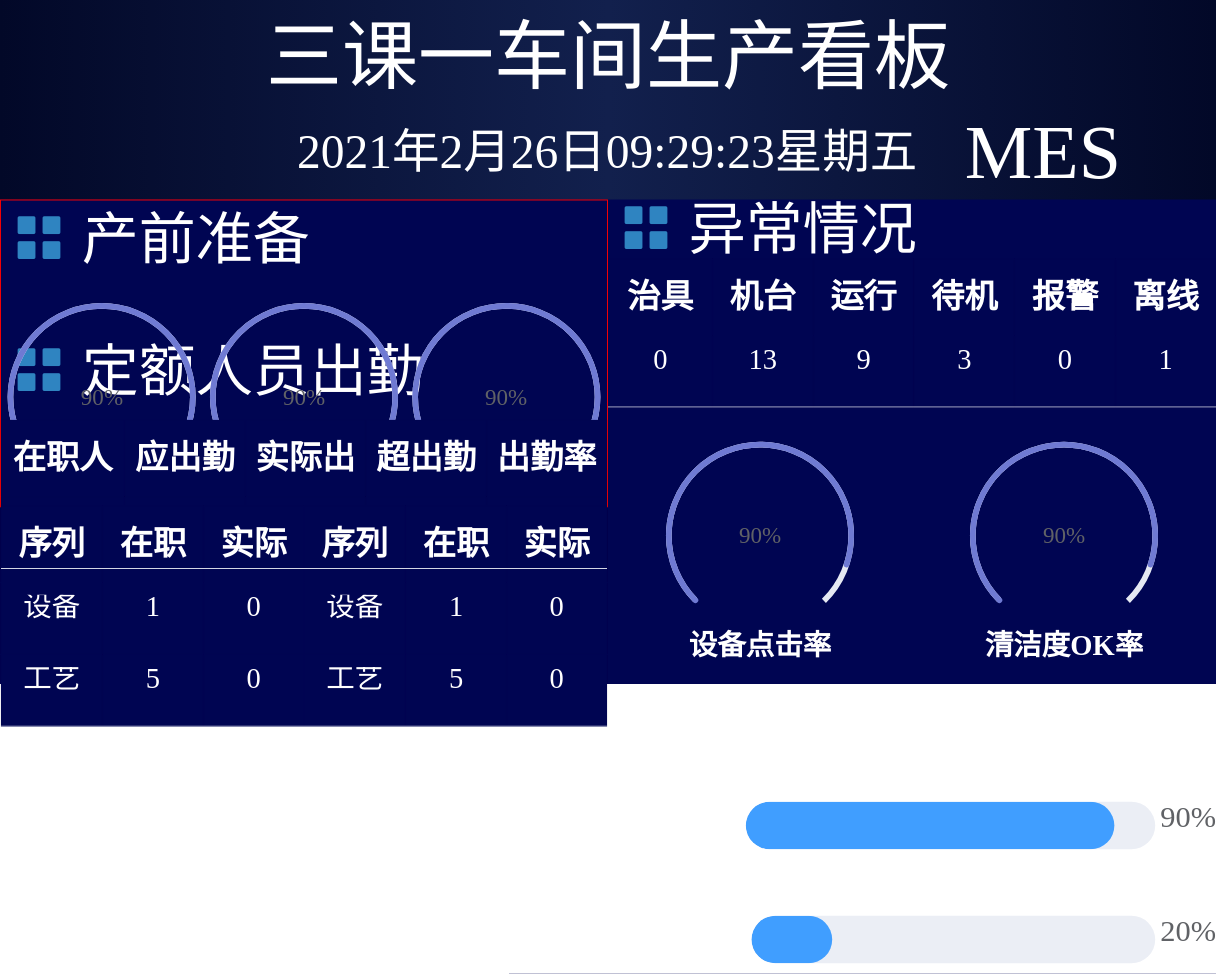
Repository: Bimbaloo/pv-view
Page: a.html
An editor plug-in stored every save of this project. The page is shown before and after the next save, followed by the edit.
The browser window is 1280 px wide. The pictures show the whole page, at 95% of full size.

Above is the page before, as saved 2021-05-14 14:21:06.

### a.html
<!DOCTYPE html>
<html lang="en">

<head>
  <meta charset="UTF-8">
  <meta http-equiv="X-UA-Compatible" content="IE=edge">
  <meta name="viewport" content="width=device-width, initial-scale=1.0">
  <!-- <script crossorigin="anonymous"
    integrity="sha512-cO/G0T0drTsOW6uuK119iEWlPqYRxK1bNYWK80HmJbfiEwwc3L6a8p7Oj0EUWxz7wcCq4tgGwLxqCif0Y7kKMg=="
    src="https://lib.baomitu.com/echarts/5.1.0/echarts.common.js"></script> -->
  <script src="echarts.common.js"></script>
  <script src="vue.js"></script>
  <script src="element-ui/index.js"></script>
  <link rel="stylesheet" href="element-ui/theme-chalk/index.css">
  <link rel="stylesheet" href="reset.css">
  <link rel="stylesheet" href="base.css">
  <title>车间看板</title>
</head>

<body>
  <div id="app">
    <!-- 抬头 -->
    <div class="title-box">
      <div class="title">三课一车间生产看板</div>
      <div class="message" style="display: flex;">
        <div class="time">2021年2月26日09:29:23星期五</div>
        <div class="name">MES</div>
      </div>

    </div>
    <!-- 生产 -->
    <div class="Production">
      <div class="ready">
        <div class="designation">
          <i class="el-icon-menu"></i>
          <span>产前准备</span>
        </div>
        <div class="progress-boxs">
          <div class="progress-box">
            <el-progress type="dashboard" :percentage="percentage" :color="colors" :width='width'></el-progress>
            <span>设备点击率</span>
          </div>

          <div class="progress-box">
            <el-progress type="dashboard" :percentage="percentage" :color="colors" :width='width'></el-progress>
            <span>清洁度OK率</span>
          </div>
          <div class="progress-box">
            <el-progress type="dashboard" :percentage="percentage" :color="colors" :width='width'></el-progress>
            <span>物料齐率</span>
          </div>
        </div>


      </div>
      <!-- 出勤 -->
      <div class="chuqing">
        <div class="designation">
          <i class="el-icon-menu"></i>
          <span>定额人员出勤</span>
        </div>
        <div class="table-message">
          <el-table ref="table" :data="tableData.data" style="width: 100%;margin-top: 20px;">
            <el-table-column v-for="col in columns" :key="col.prop" :label="col.label" :prop="col.prop"
              :class-name="col.class" align='center'>
            </el-table-column>
          </el-table>
        </div>

      </div>
      <!-- 非定额出勤 -->
      <div class="feichuqing">
        <div class="designation">
          <i class="el-icon-menu"></i>
          <span>非定额人员出勤</span>
        </div>
        <div class="table-message" style="display: flex;">
          <el-table ref="table2" :data="tableData.data2" style="width: 45%;margin-top: 20px;">
            <el-table-column v-for="col in columns2" :key="col.prop" :label="col.label" :prop="col.prop"
              :class-name="col.class" align='center'>
            </el-table-column>
          </el-table>
          <el-table ref="table2" :data="tableData.data2" style="width: 45%;margin-top: 20px;">
            <el-table-column v-for="col in columns2" :key="col.prop" :label="col.label" :prop="col.prop"
              :class-name="col.class" align='center'>
            </el-table-column>
          </el-table>
        </div>
      </div>
    </div>
    <!-- 异常 -->
    <div class="abnormal">
      <div class="designation">
        <i class="el-icon-menu"></i>
        <span>异常情况</span>
      </div>
      <div class="table-message">
        <el-table ref="table4" :data="tableData.data4" style="width: 100%">
          <el-table-column v-for="col in columns4" :key="col.prop" :label="col.label" :prop="col.prop"
            :class-name="col.class" align='center'>
          </el-table-column>
        </el-table>
      </div>
      <div class="progress-boxs">
        <div class="progress-box">
          <el-progress type="dashboard" :percentage="percentage" :color="colors" :width='width'></el-progress>
          <span>设备点击率</span>
        </div>

        <div class="progress-box">
          <el-progress type="dashboard" :percentage="percentage" :color="colors" :width='width'></el-progress>
          <span>清洁度OK率</span>
        </div>
      </div>
      <div class="progress-boxs2">
        <div class="progress-box2">
          <div class="progress-message">
            治具损坏率
          </div>
          <el-progress :stroke-width="50" :percentage="90"></el-progress>
        </div>
        <div class="progress-box2">
          <div class="progress-message">
            OQC批退率
          </div>
          <el-progress :stroke-width="50" :percentage="20"></el-progress>
        </div>
      </div>

    </div>
    <!-- 进度 -->
    <div class="progress">
      <div id="container" style="height: 100%"></div>
    </div>

  </div>
  <script>
    var Main = new Vue({
      el: '#app',
      name: app,
      data: {
        tableData: {
          columns: [{
              label: '在职人员',
              prop: 'printer',
              align: 'center',
              showHead: true
            },
            {
              label: '应出勤',
              prop: 'tasksNum',
              align: 'center',
              showHead: true
            },
            {
              label: '实际出勤',
              prop: 'status',
              align: 'center',
              showHead: true
            },
            {
              label: '超出勤',
              prop: 'lastTime',
              align: 'center',
              showHead: true
            },
            {
              label: '出勤率',
              prop: 'equipment',
              align: 'center',
              class: 'red',
              showHead: true
            }
          ],
          data: [{
            tasksNum: '1',
            printer: '0',
            status: '0',
            lastTime: '0',
            equipment: 0
          }],
          columns2: [{
            label: '序列',
            prop: 'order',
            align: 'center',
          }, {
            label: '在职人数',
            prop: 'num',
            align: 'center',
          }, {
            label: '实际出勤',
            prop: 'realistic',
            align: 'center',
          }],
          data2: [{
            order: '设备',
            num: '1',
            realistic: '0'
          }, {
            order: '工艺',
            num: '5',
            realistic: '0'
          }, ],
          data3: [{
              order: '品质',
              num: '0',
              realistic: '0'
            },
            {
              order: '制造',
              num: '6',
              realistic: '0'
            }
          ],
          columns4: [{
            label: '治具总数',
            prop: 'order',
            align: 'center',
          }, {
            label: '机台总数',
            prop: 'num',
            align: 'center',
          }, {
            label: '运行',
            prop: 'run',
            align: 'center',
          }, {
            label: '待机',
            prop: 'Standby',
            align: 'center',
          }, {
            label: '报警',
            prop: 'alarm',
            align: 'center',
          }, {
            label: '离线',
            prop: 'offline',
            align: 'center',
          }],
          data4: [{
            order: '0',
            num: '13',
            run: '9',
            Standby: '3',
            alarm: '0',
            offline: '1'
          }],
          height: 100,
        },
        colors: [{
            color: '#f56c6c',
            percentage: 20
          },
          {
            color: '#e6a23c',
            percentage: 40
          },
          {
            color: '#5cb87a',
            percentage: 60
          },
          {
            color: '#1989fa',
            percentage: 80
          },
          {
            color: '#6f7ad3',
            percentage: 100
          }
        ],
        percentage: 90,
        width: 200
      },
      computed: {
        columns() {
          return this.tableData.columns.filter((item) => {
            return item.showHead
          })
        },
        columns2() {
          return this.tableData.columns2
        },
        columns4() {
          return this.tableData.columns4
        },
        items() {
          return this.tableData.columns.filter((item) => {
            return !item.showHead
          })
        }
      },
      methods: {

      }
    })
  </script>
</body>

</html>

### reset.css
/**
 * Eric Meyer's Reset CSS v2.0 (http://meyerweb.com/eric/tools/css/reset/)
 * http://cssreset.com
 */

html,
body,
div,
span,
applet,
object,
iframe,
h1,
h2,
h3,
h4,
h5,
h6,
p,
blockquote,
pre,
a,
abbr,
acronym,
address,
big,
cite,
code,
del,
dfn,
em,
img,
ins,
kbd,
q,
s,
samp,
small,
strike,
strong,
sub,
sup,
tt,
var,
b,
u,
i,
center,
dl,
dt,
dd,
ol,
ul,
li,
fieldset,
form,
label,
legend,
table,
caption,
tbody,
tfoot,
thead,
tr,
th,
td,
article,
aside,
canvas,
details,
embed,
figure,
figcaption,
footer,
header,
menu,
nav,
output,
ruby,
section,
summary,
time,
mark,
audio,
video,
input {
  margin: 0;
  padding: 0;
  border: 0;
  font-family: "微软雅黑";
  font-size: 100%;
  font-weight: normal;
  vertical-align: baseline;
}

.divider {
  height: 16px;
  width: 100%;
  background: #f3f5f7;
  border-top: 1px solid rgba(7, 17, 27, 0.1);
  border-bottom: 1px solid rgba(7, 17, 27, 0.1);
}

.clear:after {
  content: "\20";
  height: 0;
  display: block;
  clear: both;
}

/* HTML5 display-role reset for older browsers */

article,
aside,
details,
figcaption,
figure,
footer,
header,
menu,
nav,
section {
  display: block;
}

body {
  line-height: 1;
}

blockquote,
q {
  quotes: none;
}

blockquote:before,
blockquote:after,
q:before,
q:after {
  content: none;
}

table {
  border-collapse: collapse;
  border-spacing: 0;
}

/* custom */

a {
  color: #7e8c8d;
  text-decoration: none;
  -webkit-backface-visibility: hidden;
}

li {
  list-style: none;
}

/* 表格下载。 */
.tableClone {
  position: absolute;
  z-index: -1;
}

::-webkit-scrollbar {
  width: 10px;
  height: 10px;
}

::-webkit-scrollbar-track-piece {
  /* background-color: #979ba1; */
  background-color: #bfc1c2;
  -webkit-border-radius: 4px;
}

::-webkit-scrollbar-thumb:vertical {
  height: 10px;
  /*  background-color: #56565C; */
  background-color: #8c8c92;
  -webkit-border-radius: 4px;
}

::-webkit-scrollbar-thumb:horizontal {
  width: 10px;
  /*  background-color: #56565C; */
  background-color: #8c8c92;
  -webkit-border-radius: 4px;
}

html,
body {
  width: 100%;
  height: 100%;
}

body {
  -webkit-text-size-adjust: none;
  -webkit-tap-highlight-color: rgba(0, 0, 0, 0);
}

### base.css
#app {
  background-color: hsl(236deg 100% 16%);
  display: flex;
  flex-direction: row;
  flex-flow: wrap;
  height: 100%;
}

.title-box {
  height: 210px;
  background-image: linear-gradient(to right, #020828, #12204d, #020828);
  width: 100%;

}

.title,
.time,
.name {
  color: #fff;
}

.message {
  display: flex;
  align-items: center;
  justify-content: flex-end;
  margin-right: 100px;
}

.title {
  font-size: 80px;
  width: 100%;
  display: flex;
  justify-content: center;
  align-items: center;
  line-height: 120px;
  height: 120px;
}

.time {
  font-size: 50px;
}

.name {
  font-size: 80px;
  margin-left: 50px;
}


/* 生产 */
.Production {
  height: 45%;
  border: 1px solid red;
  width: 50%;
  box-sizing: border-box;

}

/* 异常 */
.abnormal {
  height: 45%;
  width: 50%;
  box-sizing: border-box;
}

.progress {
  width: 100%;
  height: 45%;
}


.ready {
  padding-top: 10px;
  height: 40%
}

.designation {
  color: #fff;
  font-size: 60px;
}

.el-icon-menu {
  color: #2F84C1;
  margin-left: 10px;
}

.chuqing {
  padding-top: 10px;
  height: 25%;
}
.feichuqing {
  padding-top: 10px;
  height: 35%;
}


.table-message td,th{
  background-color: hsl(236deg 100% 16%) !important;
  border: 1px solid hsl(236deg 100% 16%);
}

.el-table td, .el-table th.is-leaf {
  border: 1px solid hsl(236deg 100% 16%);
}

.el-table th, .el-table tr {
  background-color: hsl(236deg 100% 16%) !important;
}

.el-table {
  color: #fff;
  font-weight: bold;
  font-size: 30px;
}

.el-table, .el-table__expanded-cell {
  background-color: hsl(236deg 100% 16%) !important;
}
.el-table th>.cell {
  height: 55px;
  color: #fff;
  font-weight: bold;
  font-size: 35px;
  line-height: 55px;
}
.el-table td>.cell {
  height: 50px;
  color: #fff;
  font-size: 30px;
}


.abnormal {

}
.progress-boxs {
  display: flex;
  justify-content: space-around;
  margin-top: 35px;
}
.progress-box span{
  color: #fff;
  font-weight: bold;
  font-size: 30px;
}

.progress-box {
  display: flex;
    flex-direction: column;
    align-items: center;
}
.progress-boxs2 {
 margin-top: 150px;
}

.progress-box2 {
  display: flex;
  justify-content: space-evenly;
  margin-top: 60px;
  margin-bottom: 60px;
}
.progress-box2  .el-progress {
  width: 80%;
  display: flex;
}

.progress-message {
  color: #fff;
  font-weight: bold;
  font-size: 30px;
}

Loaded but not shown: vue.js (library); element-ui/index.js (library); element-ui/theme-chalk/index.css (library); echarts.common.js (no copy from this time; the picture is the same without it)

After the next save:
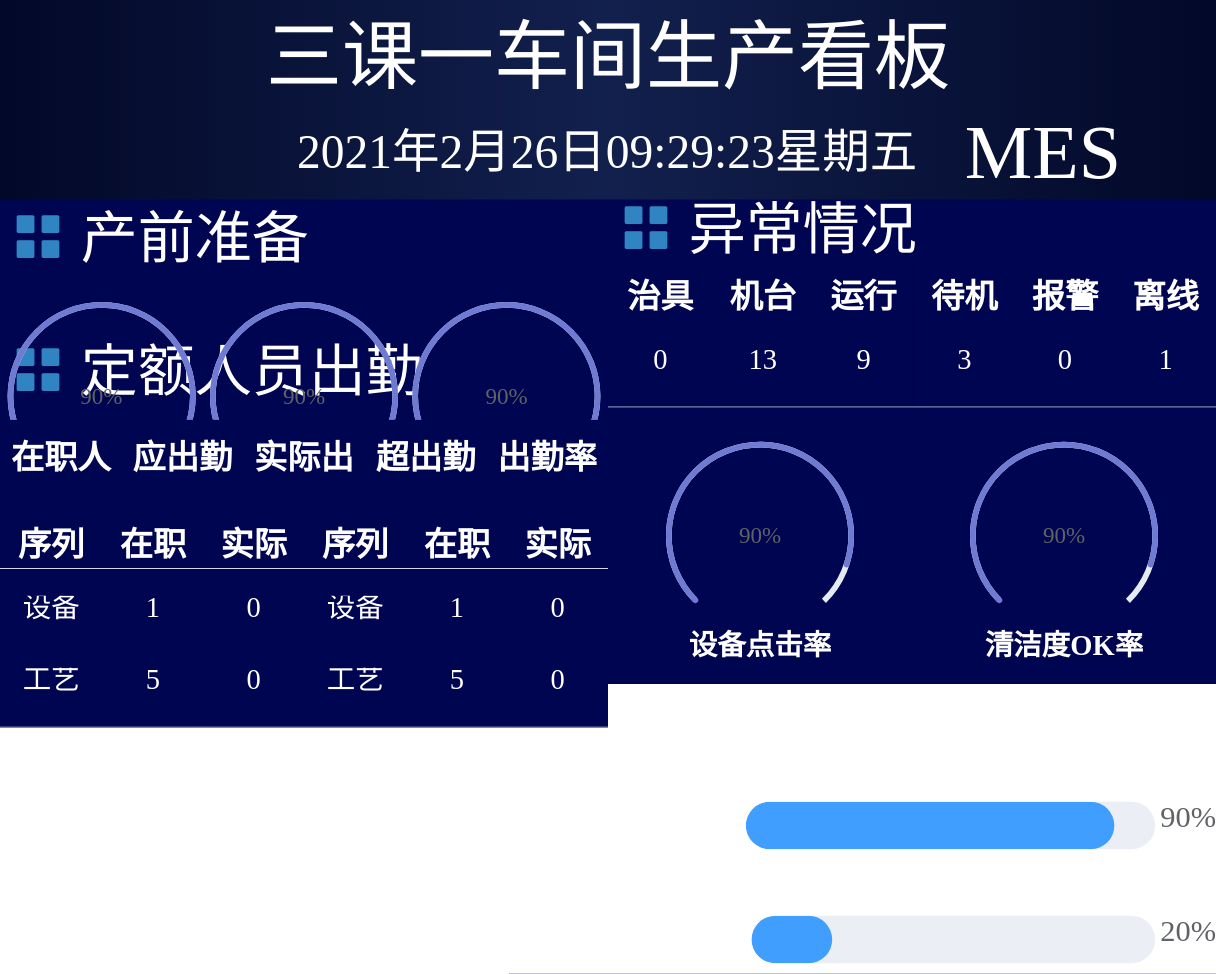
Saved 16 s later.
--- a/base.css
+++ b/base.css
@@ -49,7 +49,6 @@
 /* 生产 */
 .Production {
   height: 45%;
-  border: 1px solid red;
   width: 50%;
   box-sizing: border-box;
 
